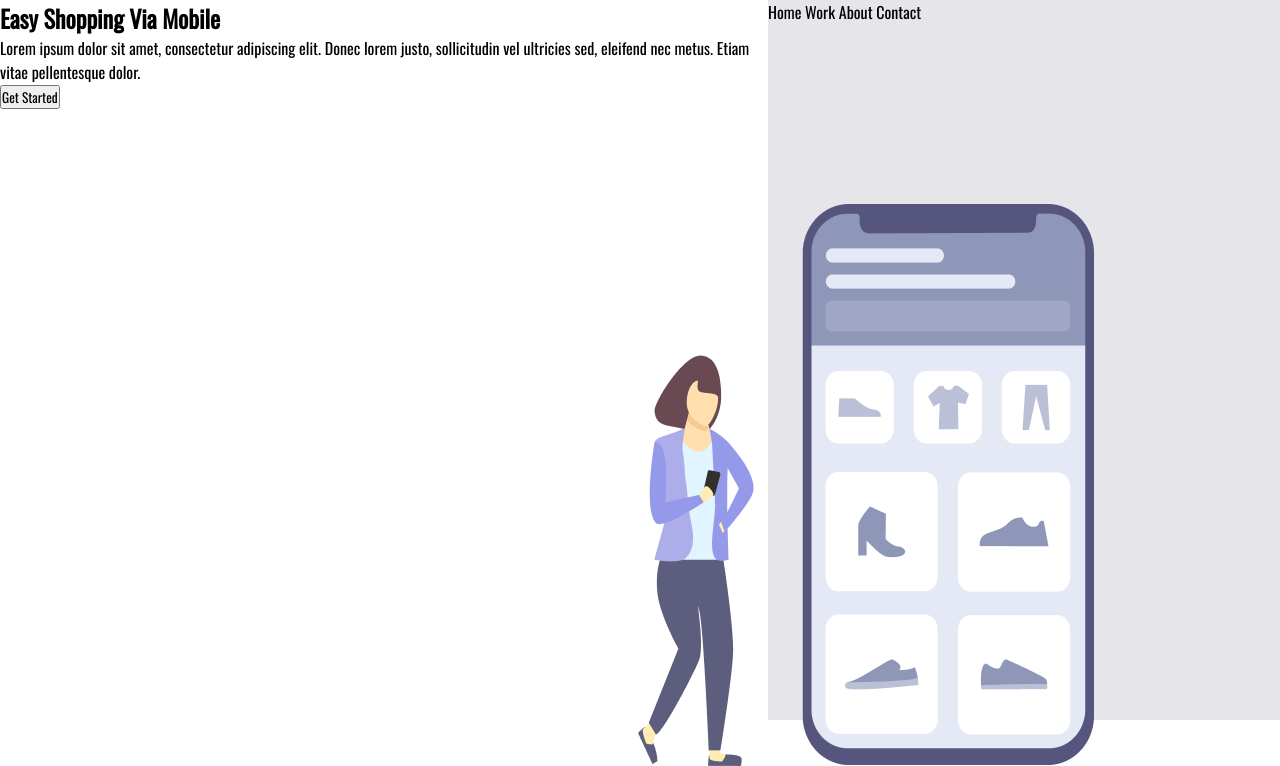
Repository: Leo-Marques-882/Projeto-Git-2
Page: index.html
The author's editor kept a copy of each file at every save. The page is drawn from the files as they stood at one save, then again after the next save.
The browser window is 1280 px wide. The pictures show the whole page.

Above is the page before, as saved 2023-03-06 22:59:57.

After the next save:
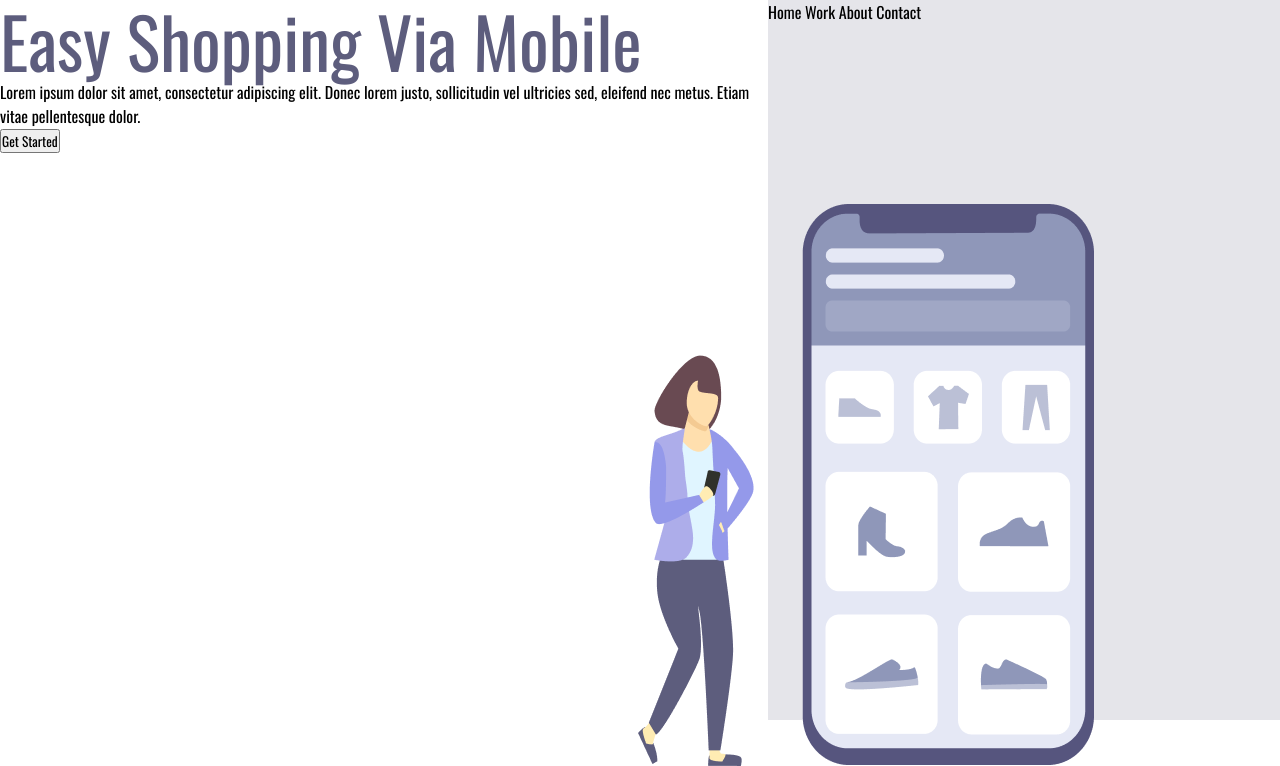
Saved 4 min 7 s later.
--- a/styless.css
+++ b/styless.css
@@ -16,6 +16,13 @@
     width: 60%;
 }
 
+h1 {
+    font-weight: 400;
+    font-size: 70px;
+    line-height: 80px;
+    color: #5D5D7D;
+}
+
 .container-right {
     display: inline-block;
     background-color: rgba(93, 93, 125, 0.16);
